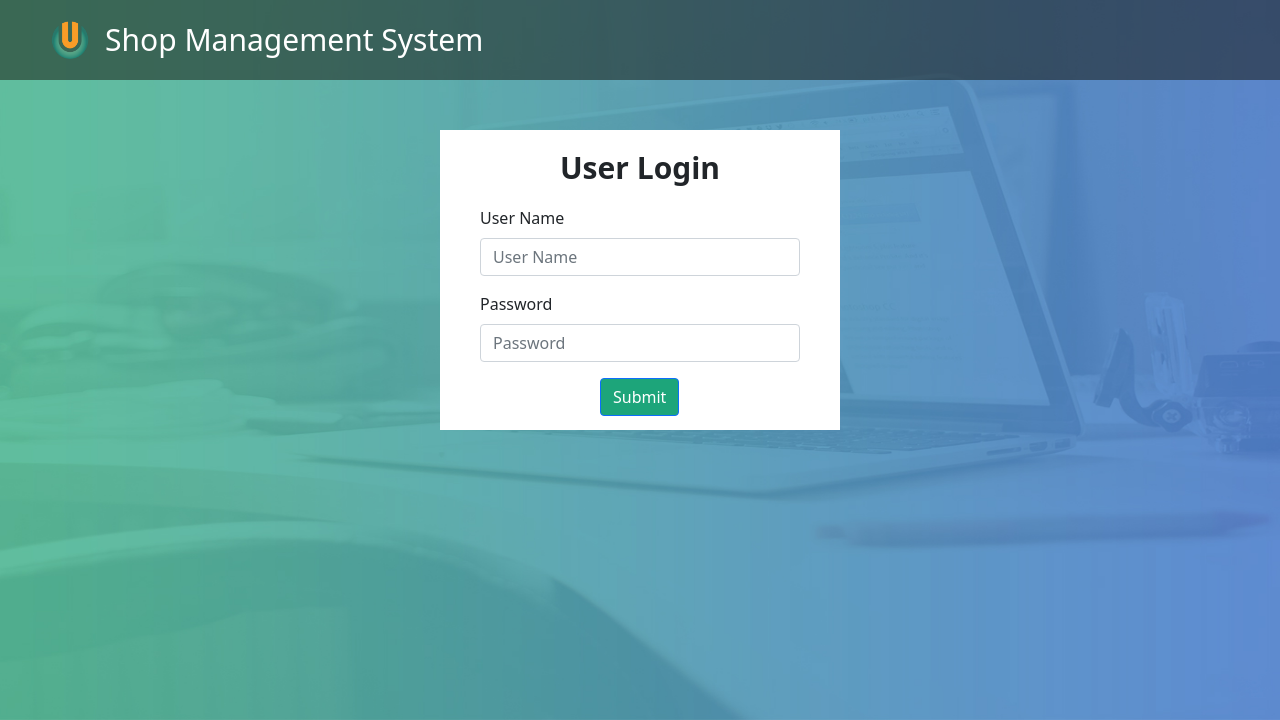
Repository: wenxi0504/storesystem
Page: /login
The author's editor kept a copy of each file at every save. The page is drawn from the files as they stood at one save, then again after the next save.
The browser window is 1280 px wide. The pictures show the whole page.
The project was rebuilt for these pictures with package versions that can differ from the ones it lists, and the page was loaded fresh each time. Also part of the build but not shown: src/pages/admin/admin.jsx.

Above is the page before, as saved 2022-03-21 22:01:46.

### public/index.html
<!DOCTYPE html>
<html lang="en">
  <head>
    <meta charset="utf-8" />
    <link rel="icon" href="%PUBLIC_URL%/favicon.ico" />
    <meta name="viewport" content="width=device-width, initial-scale=1" />
    <meta name="theme-color" content="#000000" />
    <meta
      name="description"
      content="Web site created using create-react-app"
    />
    <link rel="stylesheet" href="css/reset.css">
    <title>React App</title>
  </head>
  <body>
    <noscript>You need to enable JavaScript to run this app.</noscript>
    <div id="root"></div>
  </body>
</html>

### src/index.js
import React from 'react';
import ReactDOM from 'react-dom';
import App from './App';
import 'bootstrap/dist/css/bootstrap.min.css';


ReactDOM.render(
  <React.StrictMode>
    <App />
  </React.StrictMode>,
  document.getElementById('root')
);

### src/App.js
import React, { Component } from 'react';
import { FontAwesomeIcon } from '@fortawesome/react-fontawesome';
import { solid, regular, brands } from '@fortawesome/fontawesome-svg-core/import.macro'; // <-- import styles to be used
import { BrowserRouter,Routes,Route } from 'react-router-dom';
import 'bootstrap/dist/css/bootstrap.min.css';
import Login from './pages/login/login';
import Admin from './pages/admin/admin';
class App extends Component{

  render(){
    return(

      <BrowserRouter>
      <Routes>
      <Route path='/login' element={<Login/>}/>
      <Route path='/admin' element={<Admin/>}/>

      </Routes>
      </BrowserRouter>
    )
  }
}

export default App;

### src/pages/login/login.jsx
import React, { Component } from "react";
import "./login.css";
import logo from '../../assets/images/logo.png';
import { Form ,Button } from 'react-bootstrap';

export default class Login extends Component {
  render() {
    return (
      <div className="login">
        <header className="login-header">
            <img src={logo} alt="logo" />
          <h1>Shop Management System</h1>
        </header>

        <section className="login-content">
            <h3>User Login</h3>
            <Form>
  <Form.Group className="mb-3" controlId="formBasicUser">
    <Form.Label>User Name</Form.Label>
    <Form.Control type="user" placeholder="User Name" />
  </Form.Group>

  <Form.Group className="mb-3" controlId="formBasicPassword">
    <Form.Label>Password</Form.Label>
    <Form.Control type="password" placeholder="Password" />
  </Form.Group>
  <Button  variant="primary" type="submit">
    Submit
  </Button>
</Form>

        </section>
      </div>

    )
  }
}

### src/pages/login/login.css

.login{
    width:100%;
    height: 100%;
    background-image: url('./images/bg.jpg');
    background-size: 100% 100%;
}

.login-header{
    display:flex;
    align-items: center;
    height: 80px;
    background-color: rgba(21,20,13,0.5);
}

.login-header img{
    width: 40px;
    height:40px;
    margin-left:50px;
}

.login-header h1{
    font-size: 30px;
    color: white;
    margin: 0 0 0 15px;
}

.login-content{
    margin: 50px auto;
    width: 400px;
    height: 300px;
    background-color: #fff;
    padding: 20px 40px;
}

.login-content h3{
    font-size: 30px;
    font-weight: bold;
    text-align: center;
    margin-bottom: 20px;
}

.btn-primary {
    margin-left: 120px;
    background-color:#1DA57A
}

### public/css/reset.css
html,
body,
p,
ol,
ul,
li,
dl,
dt,
dd,
blockquote,
figure,
fieldset,
legend,
textarea,
pre,
iframe,
hr,
h1,
h2,
h3,
h4,
h5,
h6 {
margin: 0;
padding: 0;
}
h1,
h2,
h3,
h4,
h5,
h6 {
font-size: 100%;
font-weight: normal;
}
ul {
list-style: none;
}
button,
input,
select,
textarea {
margin: 0;
}
html {
box-sizing: border-box;
}
*, *:before, *:after {
box-sizing: inherit;
}
img,
embed,
iframe,
object,
video {
height: auto;
max-width: 100%;
}
audio {
max-width: 100%;
}
iframe {
border: 0;
}
table {
border-collapse: collapse;
border-spacing: 0;
}
td,
th {
padding: 0;
text-align: left;
}
html, body {
height: 100%;
}
#root {
width: 100%;
height: 100%;
}

After the next save:
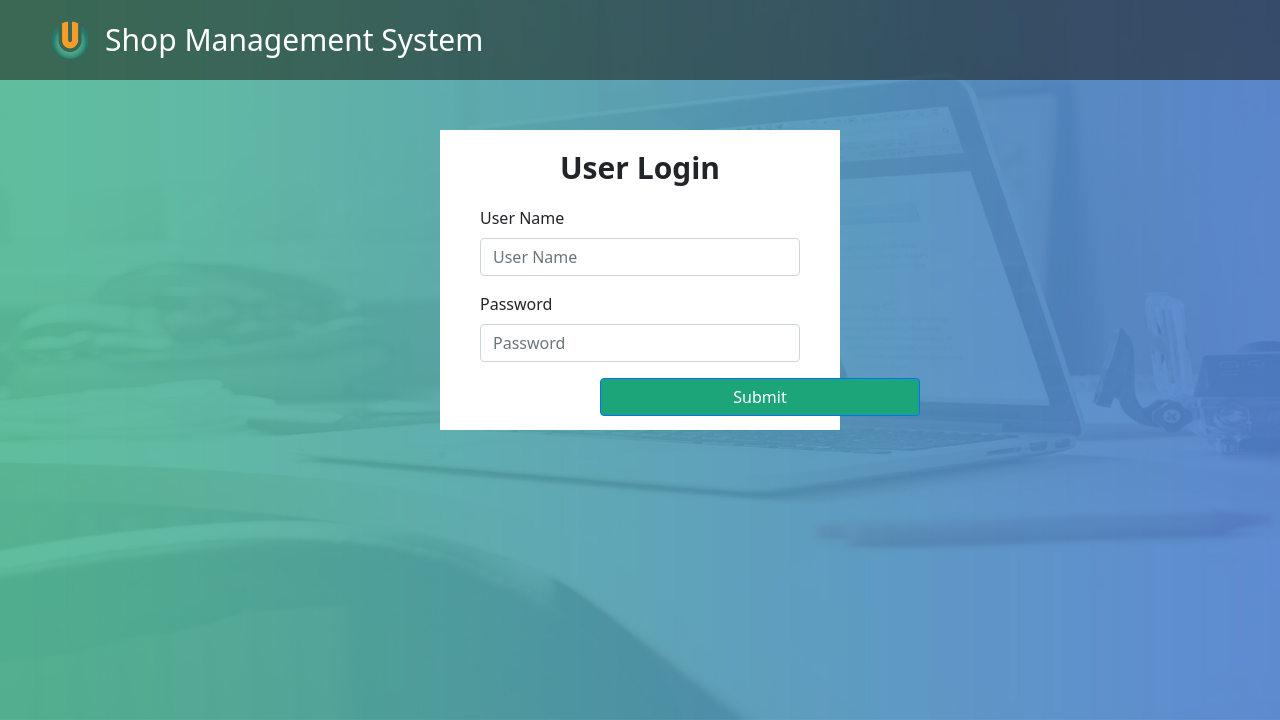
Saved 8 min 32 s later.
--- a/src/pages/login/login.css
+++ b/src/pages/login/login.css
@@ -42,5 +42,6 @@
 
 .btn-primary {
     margin-left: 120px;
-    background-color:#1DA57A
+    background-color:#1DA57A;
+    width:100%
 }
